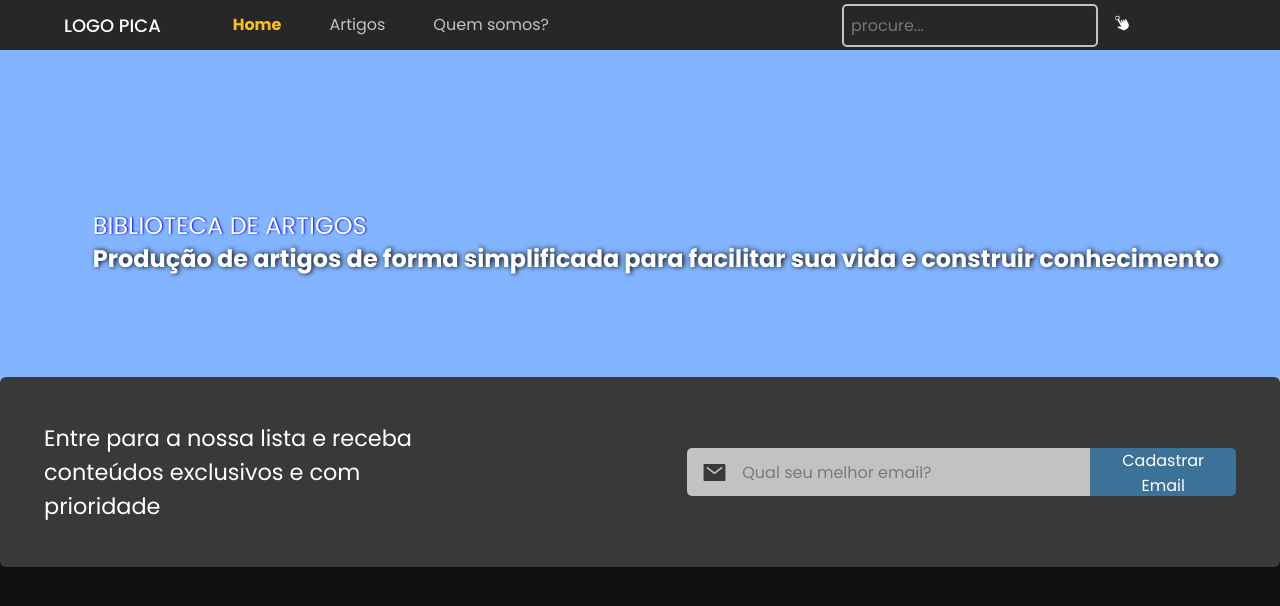
Repository: ArthurHendrich/Inepto
Page: /
An editor plug-in stored every save of this project. The page is shown before and after a run of saves, followed by the edit.
The browser window is 1280 px wide. The pictures show the whole page.
The project was rebuilt for these pictures with package versions that can differ from the ones it lists, and the page was loaded fresh each time. The framework's server and built-in components were replaced by stand-ins that run in the browser. Also part of the build but not shown: next.config.js.

Above is the page before, as saved 2022-07-06 20:52:23.

### src/pages/_app.tsx
import { AppProps } from "next/app";
import { Header } from "../components/header";

import '../styles/global.scss';

function MyApp({ Component, pageProps }: AppProps) {
  return (
    <>
    <Header />
    <Component {...pageProps} />
    </>
  );
}

export default MyApp;

### src/pages/_document.tsx
import Document, { Html, Head, Main, NextScript } from "next/document";

export default class MyDocument extends Document {
  render() {
    return (
      <Html>
        <Head>
          <link rel="preconnect" href="https://fonts.googleapis.com" />
          <link
            href="https://fonts.googleapis.com/css2?family=Poppins:wght@400;500;700;900&display=swap"
            rel="stylesheet"
          />
          <link rel="shortcut icon" href="favicon.png" type="image/png" />
        </Head>
        <body>
          <Main />
          <NextScript />
        </body>
      </Html>
    );
  }
}

### src/pages/index.tsx
import Head from "next/head";

import styles from "../styles/home.module.scss";

import { IoMailSharp } from 'react-icons/io5';

export default function Home() {
  return (
    <>
      <Head>
        <title>Direito Inepto</title>
      </Head>

      <main>
        <section className={styles.headerContainer}>
          <div className={styles.headerText}>
            <h1>BIBLIOTECA DE ARTIGOS</h1>
            <h2>
              Produção de artigos de forma simplificada para facilitar sua vida
              e construir conhecimento
            </h2>
          </div>
        </section>

        <section className={styles.inputContainer}>
          <h2>
            Entre para a nossa lista e receba conteúdos exclusivos e com
            prioridade
          </h2>
          <div className={styles.inputContent}>
            <div className={styles.ContentFake}>
              <IoMailSharp className={styles.mail}/>
              <input type="text" placeholder="Qual seu melhor email?" />
            </div>
              <button>Cadastrar Email</button>
          </div>
        </section>
      </main>
    </>
  );
}

### src/components/header/index.tsx
import styles from "./styles.module.scss";
import { GiClick } from "react-icons/gi";
import { ActiveLink } from "../ActiveLink";
import { useState } from "react";



export function Header() {
  const [inputText, setInputText] = useState('');



  return (
    <header className={styles.headerContainer}>
      <div className={styles.headerContent}>
        <div className={styles.headerItens}>
          <div className={styles.headerLogo}>
            <ActiveLink href="/" activeClassName={styles.active}>
              <a>LOGO PICA</a>
            </ActiveLink>
          </div>

          <nav>
            <ActiveLink href="/" activeClassName={styles.active}>
              <a>Home</a>
            </ActiveLink>

            <ActiveLink href="/posts" activeClassName={styles.active}>
              <a>Artigos</a>
            </ActiveLink>

            <ActiveLink href="/sobre" activeClassName={styles.active}>
              <a>Quem somos?</a>
            </ActiveLink>
          </nav>
        </div>

        <div className={styles.headerSearch}>
          <input
            type="text"
            value={inputText}
            placeholder="procure..."
            onChange={(e) => setInputText(e.target.value)}
          />
          <GiClick className={styles.headerSearchIcon}/>
        </div>
      </div>
    </header>
  );
}

### src/styles/global.scss
* {
  margin: 0;
  padding: 0;
  box-sizing: border-box;
}

:root {
  --white: #FFF;

  --gray-100: #C2C2C2;
  --gray-200: #CCCCCC;
  --gray-300: #7a7a7a;
  --gray-400: #3A3939;
  --gray-500: #272727;
  --gray-900: #111113;

  --blue-200: #3C7198;
  --blue-500: #82B4FF;
  --blue-900: #95D2FF;

  --purple-header: #2F1C6A;
  --purple-content: #492E9E;

  --yellow-500: #FFBE16;
}

@media (max-width: 1080px) {
  html {
    font-size: 93.75%;
  }
}

@media (max-width: 720px) {
  html {
    font-size: 87.5%;
  }
}

body{
  background: var(--gray-900);
  color: var(--white);
}

body, input, textarea, select, button {
  font: 400 1rem 'Poppins', sans-serif;
}

button {
  cursor: pointer;
}

a {
  color: inherit;
  text-decoration: none;
}

### src/styles/home.module.scss
.headerContainer {
  min-height: calc(60vh - 3.125rem);
  margin: 0 auto;
  display: flex;
  justify-content: center;
  align-items: center;
  padding: 0 2rem;
  background: var(--blue-500);

  .headerText {
    padding-left: 2rem;

    font-size: rem;

    h1 {
      font-weight: 50;
      cursor: pointer;
      text-shadow: 1px 0px 2px blue;
    }

    h2{
      font-weight: 700;
      line-height: 2rem;
      text-shadow: 1.5px 0px 5px black;
      cursor: pointer;
    }
  }

  img {
    width: 75%
  }
}

.inputContainer {
  max-width: 1475px;
  margin: 0 auto;
  margin-top: -55px;
  padding: 2.75rem;
  display: flex;
  align-items: center;
  border-radius: 6px;
  background: var(--gray-400);

  h2 {
    font-size: 1.4rem;
    font-weight: 100;
  }

  .inputContent {
    padding-left: 15rem;
    display: flex;
    align-items: center;

    .ContentFake {
      display: flex;
      align-items: center;
      background: var(--gray-100);
      border-top-left-radius: 5px;
      border-bottom-left-radius: 5px;
      height: 3rem;

      input {
        margin-right: 2rem;
        border: none;
        background-color: transparent;
        color: var(--white);
        outline: none;
      }

      .mail{
        height: 25px;
        width: 25px;
        margin-right: 15px;
        margin-left: 15px;
        color: var(--gray-400);
      }
    }

    button {
      text-align: center;
      height: 3rem;
      background-color: var(--blue-200);
      border: 0;
      padding-left: 2rem;
      padding-right: 2rem;
      border-top-right-radius: 5px;
      border-bottom-right-radius: 5px;
      color: var(--white);
    }
  }


  *::placeholder {
    color: var(--gray-300);
  }
}

### src/components/header/styles.module.scss
.headerContainer {
  height: 3.125rem;
  background: var(--gray-500);
  color: var(--white);

}


.headerContent {
  height: 3.125rem;
  margin: 0 auto;
  display: flex;
  padding: 0 4rem;
  align-items: center;
  justify-content: space-between;

  .headerItens {
    display: flex;
    align-items: center;
    justify-content: space-between;

    .headerLogo {
      margin-right: 4rem;
      font-size: 1.125rem;
      font-weight: 500;
    }

    nav {
      height: 6rem;

      a {
        display: inline-block;
        position: relative;
        padding: 0 0.5rem;
        height: 6rem;
        line-height: 6rem;
        color: var(--gray-100);
        transition: color 0.2s;

        & + a {
          margin-left: 2rem;
        }

        &:hover {
          color: var(--white);
        }

        &.active{
          color: var(--yellow-500);
          font-weight: bold;
        }
      }
    }
  }

  .headerSearch {
    padding: 0 0.5rem;

    input {
      margin-right: 1rem;
      border: 2px solid var(--gray-100);
      border-radius: 5px;
      background: transparent;
      width: 70%;
      padding: 0.4375rem 0.4375rem;
      color: var(--gray-300);
    }
  }
}

### src/components/ActiveLink/index.tsx
import Link, { LinkProps } from "next/link";
import { useRouter } from "next/router";
import { cloneElement, ReactElement } from "react";

interface ActiveLinkProps extends LinkProps {
  children: ReactElement;
  activeClassName: string;
}

export function ActiveLink ({ children, activeClassName, ...rest }: ActiveLinkProps) {
  const { asPath } = useRouter();

  const className = asPath === rest.href ? activeClassName : '';


  return (
    <Link {...rest}>
      {cloneElement(children, { className })}
    </Link>
  )
}

After the next 4 saves:
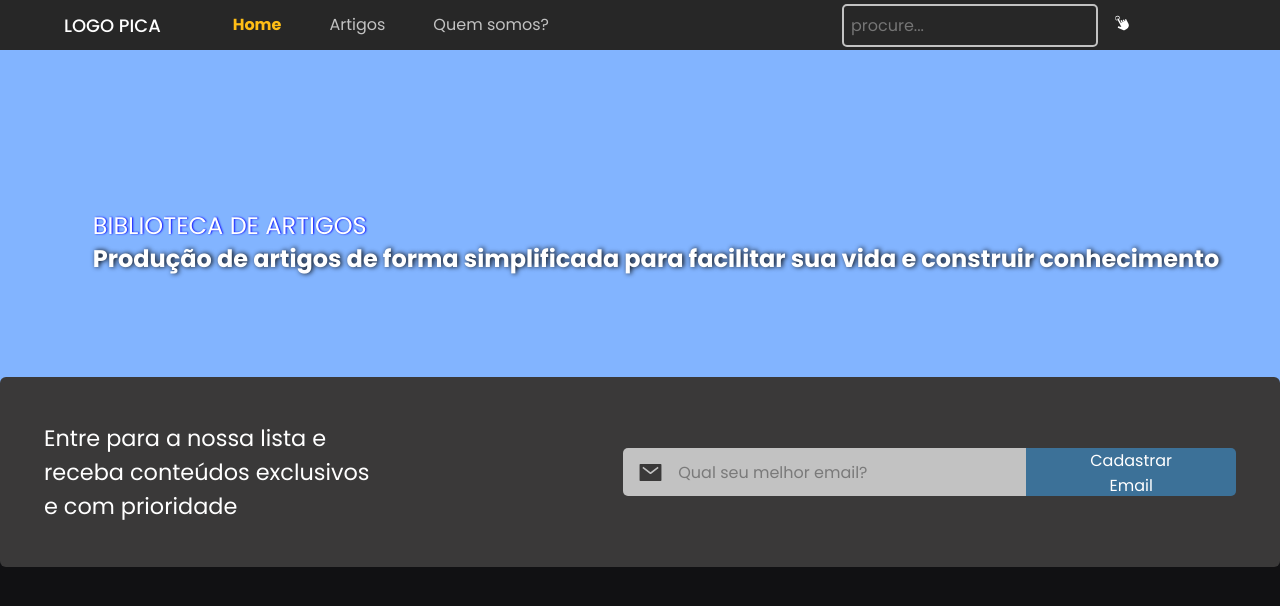
The 4 saves are shown as one change because they came seconds apart.
The last was saved 19 s later.
--- a/src/styles/home.module.scss
+++ b/src/styles/home.module.scss
@@ -81,8 +81,8 @@
       height: 3rem;
       background-color: var(--blue-200);
       border: 0;
-      padding-left: 2rem;
-      padding-right: 2rem;
+      padding-left: 4rem;
+      padding-right: 4rem;
       border-top-right-radius: 5px;
       border-bottom-right-radius: 5px;
       color: var(--white);
